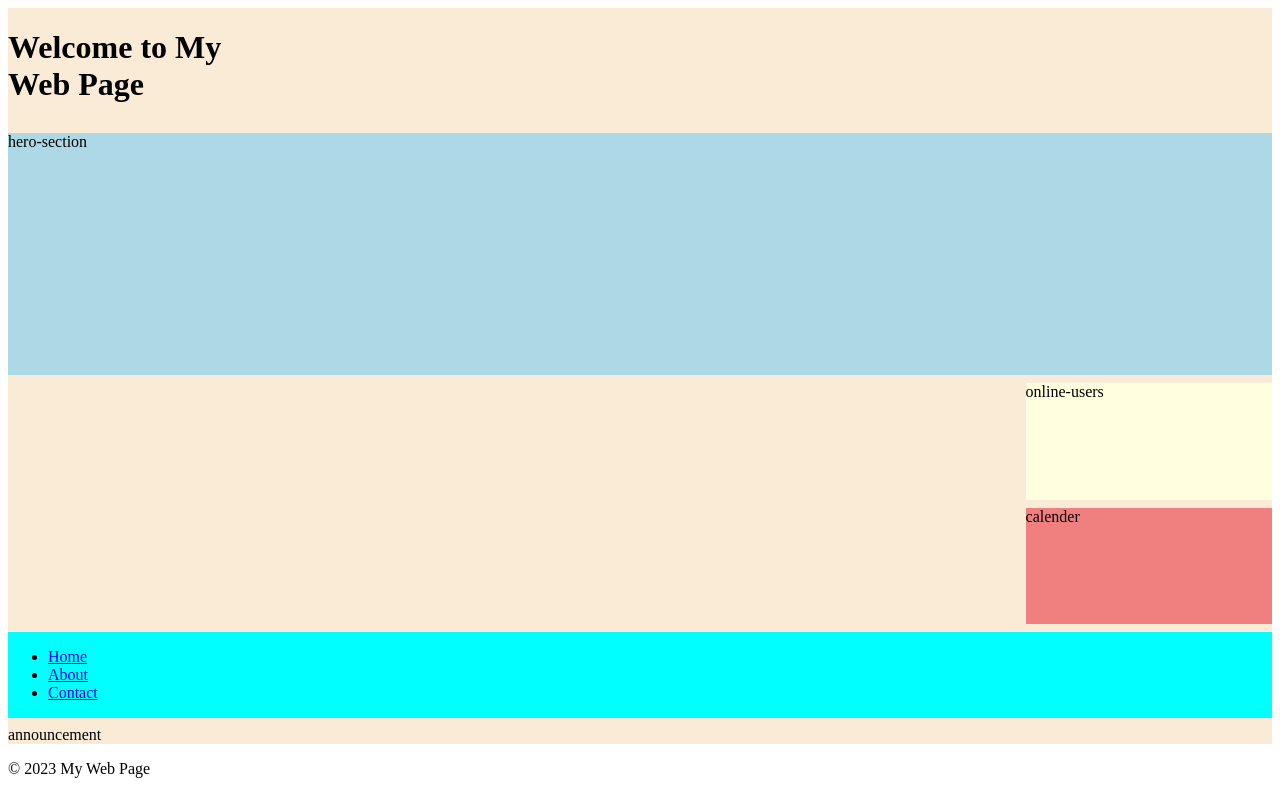
Repository: MariamSawera/eduNova
Page: index.html
The author's editor kept a copy of each file at every save. The page is drawn from the files as they stood at one save, then again after the next save.
The browser window is 1280 px wide. The pictures show the whole page.

Above is the page before, as saved 2025-07-21 12:41:02.

### index.html
<html>
<head>
    <title>My Web Page</title>
    <meta charset="UTF-8">
    <meta name="viewport" content="width=device-width, initial-scale=1.0">
    <link rel="stylesheet" href="styles.css">
</head>
<body>
    <div class="parent">
    <header>
        <h1>Welcome to My Web Page</h1>
    </header>
    <nav class="navigation">
        <ul>
            <li><a href="#home">Home</a></li>
            <li><a href="#about">About</a></li>
            <li><a href="#contact">Contact</a></li>
        </ul>
    </nav>
    <div class="hero-section">

        hero-section

    </div>
    <div class="announcement-box">

        announcement

    </div>
    <div class="calender">

        calender

    </div>
    <div class="online-users">

        online-users

    </div>
    </div>
    <!-- <main class="content">
        <p>This is a simple web page created as an example.</p>
    </main> -->


    </body>
    <footer>
        <p>&copy; 2023 My Web Page</p>
    </footer>
</html>

### styles.css
.body {
    margin: 0;
    padding: 0;
    font-family: Arial, sans-serif;
    width: 90vw;
}
.parent {
    display: grid;
    grid-template-columns: repeat(5, 1fr);
    grid-template-rows: repeat(5, 1fr);
    gap: 8px;
    background-color: antiquewhite;
}

.navigation {
    grid-column: span 5 / span 5;
    background-color: aqua;
}

.hero-section {
    grid-column: span 5 / span 5;
    grid-row: span 2 / span 2;
    grid-row-start: 2;
    background-color: lightblue;
}

.annoncement-box {
    grid-column: span 4 / span 4;
    grid-row: span 2 / span 2;
    grid-row-start: 4;
    background-color: lightgreen;
}

.calender {
    grid-column-start: 5;
    grid-row-start: 5;
    background-color: lightcoral;
}

.online-users {
    grid-column-start: 5;
    grid-row-start: 4;
    background-color: lightyellow;
}

After the next save:
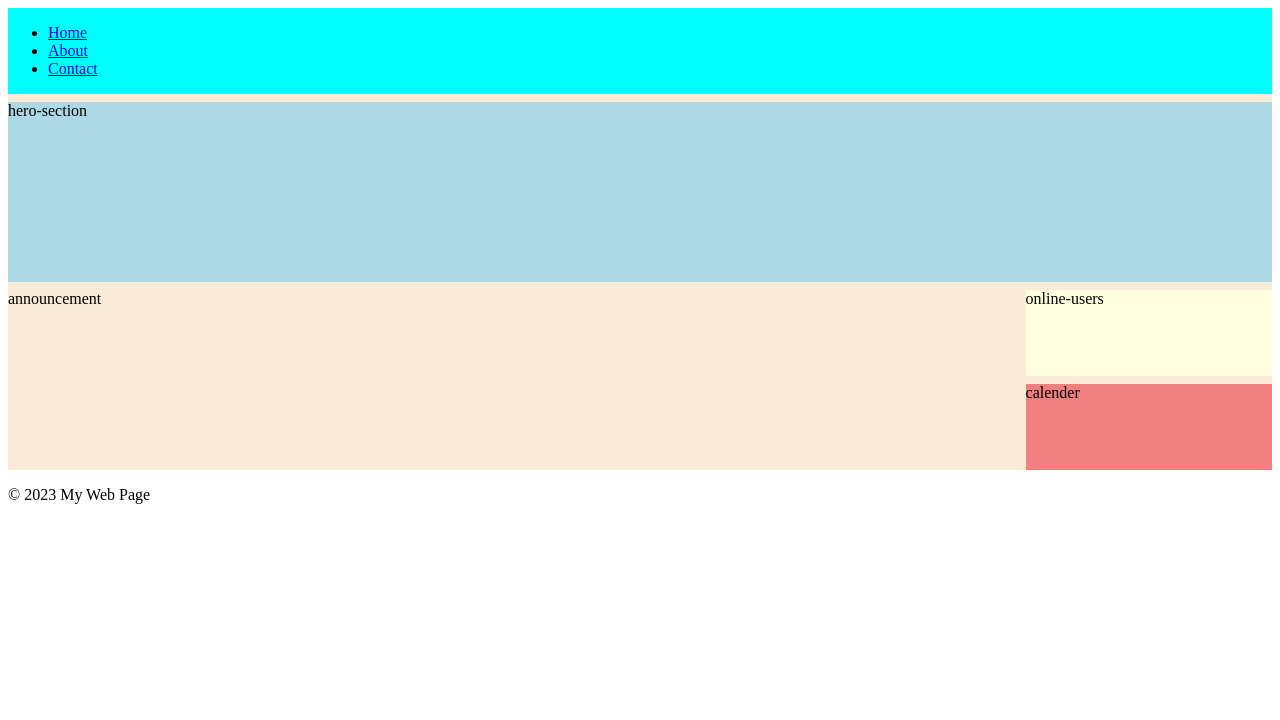
Saved 16 s later.
--- a/index.html
+++ b/index.html
@@ -7,9 +7,6 @@
 </head>
 <body>
     <div class="parent">
-    <header>
-        <h1>Welcome to My Web Page</h1>
-    </header>
     <nav class="navigation">
         <ul>
             <li><a href="#home">Home</a></li>
